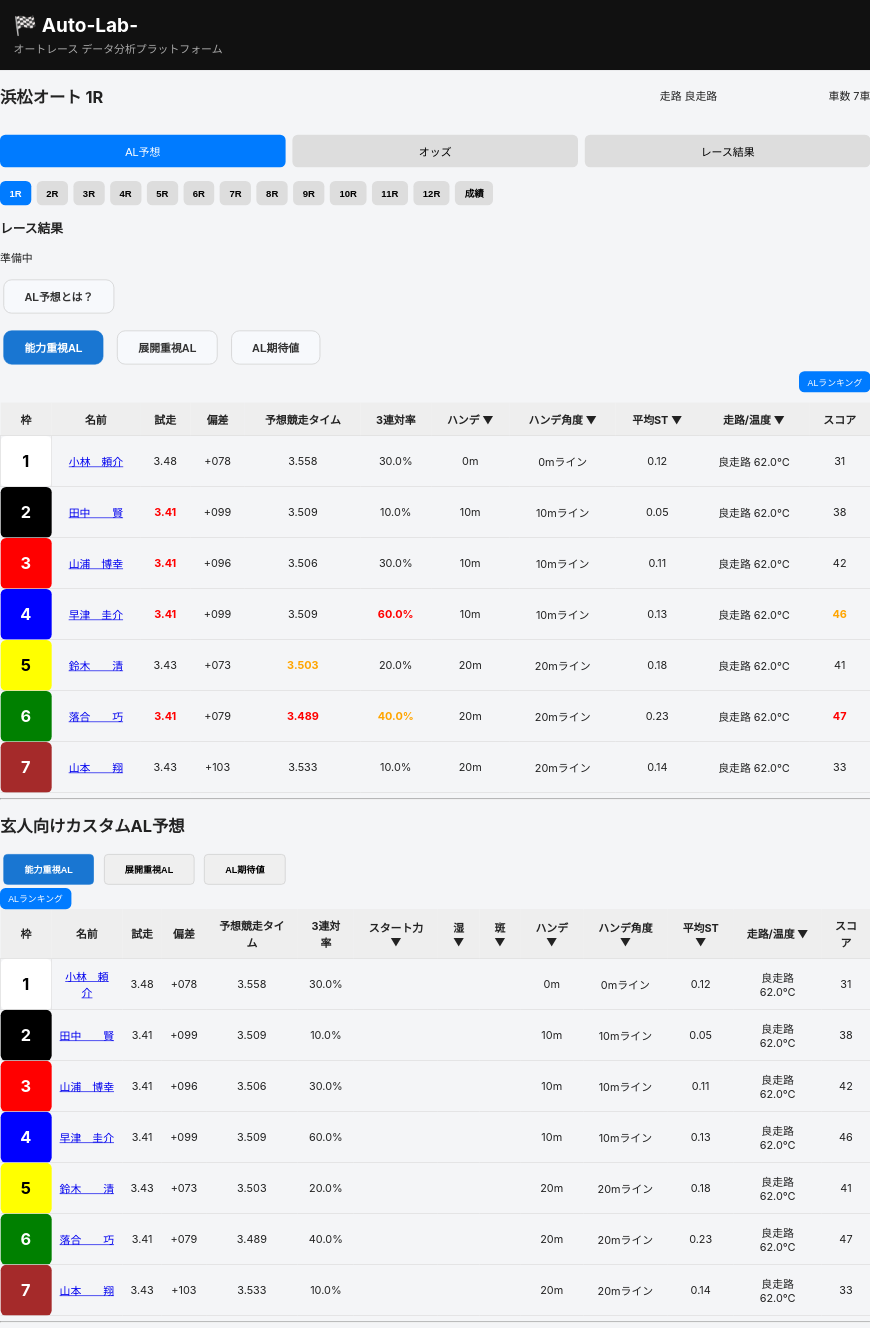
Repository: autorace-lab/Auto-Lab--main
Page: race.html
The author's editor kept a copy of each file at every save. The page is drawn from the files as they stood at one save, then again after the next save.
The browser window is 1280 px wide. The pictures show the whole page, at 68% of full size.

Above is the page before, as saved 2026-08-10 21:59:46.

### race.html
<!DOCTYPE html>
<html lang="ja">

<head>
<meta charset="UTF-8">
<meta name="viewport" content="width=device-width, initial-scale=1.0">

<title>Auto-Lab- | オートレースデータ分析</title>

<link rel="stylesheet" href="style.css">

</head>


<div id="playerModal" class="modal">

<div class="modal-content">

<span class="close" onclick="closePlayer()">×</span>

<h2 id="playerName"></h2>

<p><strong>ランク</strong>　<span id="playerRank"></span></p>

<p><strong>試走平均</strong>　<span id="playerTime"></span></p>

<p><strong>平均ST</strong>　<span id="playerST"></span></p>

<p><strong>試走偏差</strong>　<span id="playerDiff"></span></p>

<p><strong>3連対率</strong>　<span id="playerTripleRate"></span></p>

<p><strong>節間成績</strong></p>

<p id="playerResults"></p>

<p><strong>直近10走</strong></p>

<p id="playerRecent"></p>

<p><strong>車番</strong>　<span id="playerCar"></span>号車</p>

<p><strong>ハンデ</strong>　<span id="playerHandicap"></span></p>

<p><strong>評価</strong>　<span id="playerEvaluation"></span></p>

</div>

</div>


<body>


<header>


<div class="logo">
<a href="index.html">
🏁 Auto-Lab-
</a>
</div>


<div class="subtitle">
オートレース データ分析プラットフォーム
</div>


</header>

<div class="race-info">

<div class="race-header">

<h2 id="raceTitle"></h2>

<p id="raceTitleType"></p>

<p id="raceDay"></p>

<p id="deadline"></p>

<p id="weather"></p>

<p id="track"></p>

<p id="cars"></p>

</div>

<div class="tabs">
  <button class="tab-btn active" onclick="changeTab('al')">AL予想</button>
  <button class="tab-btn" onclick="changeTab('odds')">オッズ</button>
  <button class="tab-btn" onclick="changeTab('result')">レース結果</button>
</div>

<div class="race-tabs">

<button class="race-tab-btn active" onclick="changeRace(1)">1R</button>
<button class="race-tab-btn" onclick="changeRace(2)">2R</button>
<button class="race-tab-btn" onclick="changeRace(3)">3R</button>
<button class="race-tab-btn" onclick="changeRace(4)">4R</button>
<button class="race-tab-btn" onclick="changeRace(5)">5R</button>
<button class="race-tab-btn" onclick="changeRace(6)">6R</button>
<button class="race-tab-btn" onclick="changeRace(7)">7R</button>
<button class="race-tab-btn" onclick="changeRace(8)">8R</button>
<button class="race-tab-btn" onclick="changeRace(9)">9R</button>
<button class="race-tab-btn" onclick="changeRace(10)">10R</button>
<button class="race-tab-btn" onclick="changeRace(11)">11R</button>
<button class="race-tab-btn" onclick="changeRace(12)">12R</button>

<button class="race-tab-btn result-tab-btn" onclick="changeRecent(this)">
成績
</button>

</div>
<div id="race" class="tab-content" style="display:none;">
  <table>
    <thead>
      <tr>
        <th>車</th>
        <th>選手</th>
        <th>ハンデ</th>
        <th>試走</th>
        <th>偏差</th>
        <th>ST</th>
        <th>3連対率</th>
        <th>節間成績</th>
    </thead>
    <tbody id="raceTable"></tbody>
  </table>
</div>
<div id="result" class="tab-content">
  <h3>レース結果</h3>
  <p>準備中</p>
</div>

<div id="recent" class="tab-content" style="display:none;">

<h2>近10走</h2>

<table class="recent-table">

<thead>
<tr>
<th>枠</th>
<th>選手</th>
<th>1走前</th>
<th>2走前</th>
<th>3走前</th>
<th>4走前</th>
<th>5走前</th>
<th>6走前</th>
<th>7走前</th>
<th>8走前</th>
<th>9走前</th>
<th>10走前</th>
</tr>
</thead>

<tbody id="recentTable">

</tbody>

</table>

</div>

<div id="odds" class="tab-content" style="display:none;">
  <h3>オッズ</h3>
  <p>ここにオッズを表示します。</p>
</div>

<div id="al" class="tab-content" style="display:block;">

   <div class="al-tabs">

<button class="al-tab-btn" onclick="toggleAbout(this)">
    AL予想とは？
</button>

</div>



    <!-- AL予想とは -->
    <div id="about" class="al-page" style="display:none;">



<h2>🏁 Auto-Lab予想（AL予想）</h2>

<p>
<strong>
試走タイムを単純評価するのではなく、選手ごとの試走特性を補正した
「予想競走タイム」と、レース条件による「展開ポイント」を組み合わせ、
そのレースにおける選手の期待値を可視化する予想システムです。
</strong>
</p>

<p>
オートレースでは、同じ試走タイムでも選手によって意味が変わります。
試走タイムを出しやすい選手、出にくい選手の特徴を
<strong>試走偏差</strong>によって補正し、
選手本来の状態を評価します。
</p>




<p>
選手自身の能力・現在の状態を重視するAI評価です。
</p>

<p>
<strong>
予想競走タイム 70％ ＋ 展開ポイント 30％
</strong>
</p>

<ul>
<li>試走タイム＋試走偏差による予想競走タイム</li>
<li>平均ST</li>
<li>ハンデ位置補正</li>
<li>走路コンディション</li>
</ul>


<h3>🌊 展開重視AL</h3>

<p>
ハンデ位置や走路条件など、レース展開の有利不利を重視するAI評価です。
</p>

<p>
<strong>
予想競走タイム 30％ ＋ 展開ポイント 70％
</strong>
</p>

<ul>
<li>試走タイム＋試走偏差による予想競走タイム</li>
<li>平均ST</li>
<li>ハンデ位置補正</li>
<li>走路コンディション（良走路・湿走路・走路温度など）</li>
</ul>


<h3>🏆 AL期待値</h3>

<p>
能力重視ALと展開重視ALの両方から、
そのレースで最も期待できる選手を分析します。
</p>

<p>
<strong>
能力 × 展開 ＝ Auto-Lab期待値
</strong>
</p>


</div>

<div class="al-sub-tabs">

<button class="al-tab-btn" onclick="changeALTab('ability', this)">
    能力重視AL
</button>

<button class="al-tab-btn" onclick="changeALTab('development', this)">
    展開重視AL
</button>

<button class="al-tab-btn" onclick="changeALTab('expectationArea', this)">
AL期待値
</button>

</div>


<section class="al-description">

  <div id="ability" class="al-page" style="display:none;">

<div class="al-header">

<div id="handicapAngleArea"></div>

    <button class="rank-btn" id="rankBtn" onclick="toggleAbilityRank()">
    ALランキング
</button>

    </div>

<table>
<thead>
<tr>
<th>枠</th>
<th>名前</th>
<th>試走</th>
<th>偏差</th>
<th>予想競走タイム</th>
<th>3連対率</th>
<th class="handicap-header" onclick="toggleHandicap()">
    ハンデ ▼
</th>
<th class="handicap-angle-header"
onclick="toggleHandicapAngle()">
ハンデ角度 ▼
</th>

<th class="st-header" onclick="toggleST()">
    平均ST ▼
</th>
<th class="temp-header" onclick="toggleTemperature()">
    走路/温度 ▼
</th>
<th>スコア</th>
</tr>
</thead>

<tbody id="abilityTable">
</tbody>

</table>
<div id="handicapAngleArea"></div>
</div>

<div id="development" class="al-page" style="display:none;">
<div class="al-header">


   <button class="rank-btn" id="developmentRankBtn" onclick="toggleDevelopmentRank()">
    ALランキング
</button>

    </div>


<table>
<thead>
<tr>
<th>枠</th>
<th>名前</th>
<th>試走</th>
<th>偏差</th>
<th>予想競走タイム</th>
<th>3連対率</th>
<th class="handicap-header"
    onclick="toggleHandicap()">
    ハンデ ▼
</th>
<th class="handicap-angle-header"
onclick="toggleHandicapAngle()">
ハンデ角度 ▼
</th>

<th class="st-header" onclick="toggleST()">
    平均ST ▼
</th>
<th class="temp-header" onclick="toggleTemperature()">
    走路/温度 ▼
</th>
<th>スコア</th>
</tr>
</thead>

<tbody id="developmentTable">
</tbody>

</table>

</div>

<div id="expectationArea" class="al-page" style="display:none;">

<div class="al-header">

<button class="rank-btn" id="expectationRankBtn" onclick="toggleExpectationRank()">
ALランキング
</button>

</div>
<table>

<thead>
<tr>
<th>枠</th>
<th>名前</th>
<th>能力スコア</th>
<th>展開スコア</th>
<th>AL期待値</th>
</tr>
</thead>

<tbody id="expectationTable">

</tbody>

</table>

</div>

<hr class="custom-divider">

<h2 class="custom-title">
    玄人向けカスタムAL予想
</h2>

<div class="custom-al-sub-tabs">
    <button class="custom-al-tab-btn active"
        onclick="changeCustomALTab('customAbility',this)">
        能力重視AL
    </button>

    <button class="custom-al-tab-btn"
        onclick="changeCustomALTab('customDevelopment',this)">
        展開重視AL
    </button>

    <button class="custom-al-tab-btn"
        onclick="changeCustomALTab('customExpectation',this)">
        AL期待値
    </button>
</div>

<div id="customAbility"
class="custom-al-page"
style="display:block;">


<button class="rank-btn"
id="customAbilityRankBtn"
onclick="toggleCustomAbilityRank()">
    ALランキング
</button>





<table>
<thead>
<tr>
<th>枠</th>
<th>名前</th>
<th>試走</th>
<th>偏差</th>
<th>予想競走タイム</th>
<th>3連対率</th>
<th class="custom-start-header"
    onclick="toggleCustomStart()">
    スタート力 ▼
</th>
<th class="custom-wet-header" onclick="toggleCustomWet()">
    湿 ▼
</th>
<th class="custom-mixed-header" onclick="toggleCustomMixed()">斑 ▼</th>
<th class="custom-handicap-header" onclick="toggleCustomHandicap()">
    ハンデ ▼
</th>

<th class="custom-handicap-angle-header" onclick="toggleCustomHandicapAngle()">
    ハンデ角度 ▼
</th>

<th class="custom-st-header" onclick="toggleCustomST()">
    平均ST ▼
</th>

<th class="custom-temp-header" onclick="toggleCustomTemperature()">
    走路/温度 ▼
</th>

<th>スコア</th>
</thead>

<tbody id="customAbilityTable">
</tbody>

</table>

</div>

<div id="customDevelopment"
class="custom-al-page"
style="display:none;">
  <button class="rank-btn"
id="customDevelopmentRankBtn"
onclick="toggleCustomDevelopmentRank()">
    ALランキング
</button>




<table>
<thead>
<tr>
<th>枠</th>
<th>名前</th>
<th>試走</th>
<th>偏差</th>
<th>予想競走タイム</th>
<th>3連対率</th>
<th class="custom-start-header"
    onclick="toggleCustomStart()">
    スタート力 ▼
</th>
<th class="custom-wet-header" onclick="toggleCustomWet()">
    湿 ▼
</th>
<th class="custom-mixed-header" onclick="toggleCustomMixed()">
    斑 ▼
</th>
<th class="custom-handicap-header"
    onclick="toggleCustomHandicap()">
    ハンデ ▼
</th>

<th class="custom-handicap-angle-header" onclick="toggleCustomHandicapAngle()">
    ハンデ角度 ▼
</th>

<th class="custom-st-header" onclick="toggleCustomST()">
    平均ST ▼
</th>

<th class="custom-temp-header" onclick="toggleCustomTemperature()">
    走路/温度 ▼
</th>

<th>スコア</th>
</tr>
</thead>

<tbody id="customDevelopmentTable">
</tbody>

</table>

</div>

<div id="customExpectation"
class="custom-al-page"
style="display:none;">

<button class="rank-btn"
id="customExpectationRankBtn"
onclick="toggleCustomExpectationRank()">
    ALランキング
</button>


<table>

<thead>
<tr>
<th>枠</th>
<th>名前</th>
<th>能力スコア</th>
<th>展開スコア</th>
<th>AL期待値</th>
</tr>
</thead>

<tbody id="customExpectationTable">

</tbody>

</table>

</div>

<hr class="custom-divider">



    </table>
</div>






<script src="script.js"></script>

</body>

</html>

### style.css
body {
    margin:0;
    font-family:
    -apple-system,
    BlinkMacSystemFont,
    "Helvetica Neue",
    Arial,
    sans-serif;
    background:#f4f5f7;
    color:#222;
}


/* ヘッダー */

header {
    background:#111;
    color:white;
    padding:20px;
}

.logo {
    font-size:28px;
    font-weight:bold;
}

.subtitle {
    color:#aaa;
    margin-top:5px;
}


/* 全体 */

.container {
    max-width:900px;
    margin:auto;
    padding:15px;
}


/* カード */

.card {
    background:white;
    border-radius:14px;
    padding:20px;
    margin-bottom:15px;
    box-shadow:0 3px 10px rgba(0,0,0,0.08);
}


/* レース情報 */

.race-header {
    display:flex;
    justify-content:space-between;
    align-items:center;
}

.badge {
    background:#e60012;
    color:white;
    padding:6px 12px;
    border-radius:20px;
}



/* 表 */

table {
    width:100%;
    border-collapse:collapse;
}


th {
    background:#eee;
}


th,td {
    padding:12px;
    text-align:center;
    border-bottom:1px solid #ddd;
}


/* 車番 */

.car {
    font-size:22px;
    font-weight:bold;
}


/* 評価 */

.rating {
    display:flex;
    gap:10px;
}


.rating div {
    flex:1;
    background:#f5f5f5;
    padding:15px;
    text-align:center;
    border-radius:10px;
}


.star {
    color:#ff9800;
    font-size:22px;
}


/* データ */

.data {
    display:grid;
    grid-template-columns:repeat(3,1fr);
    gap:10px;
}


.data div {
    background:#f5f5f5;
    padding:15px;
    text-align:center;
    border-radius:10px;
}


.number {
    font-size:24px;
    font-weight:bold;
}

  .car {
    width:50px;
    height:50px;
    border-radius:8px;
    color:white;
    font-size:24px;
    font-weight:bold;
}


.car1 {
    background:white;
    color:black;
    border:1px solid #ddd;
}

.car2 {
    background:black;
}

.car3 {
    background:red;
}

.car4 {
    background:blue;
}

.car5 {
    background:yellow;
    color:black;
}

.car6 {
    background:green;
}

.car7 {
    background:brown;
}

.car8 {
    background:purple;
}

/* 試走偏差 */

.plus{
    color:#16a34a;
    font-weight:bold;
    background:#dcfce7;
    padding:4px 8px;
    border-radius:20px;
}

.normal{
    color:#ca8a04;
    font-weight:bold;
    background:#fef9c3;
    padding:4px 8px;
    border-radius:20px;
}

.minus{
    color:#dc2626;
    font-weight:bold;
    background:#fee2e2;
    padding:4px 8px;
    border-radius:20px;
}

/* モーダル */

.modal{

display:none;

position:fixed;

left:0;
top:0;

width:100%;
height:100%;

background:rgba(0,0,0,.6);

}

.modal-content{

background:white;

width:420px;

margin:80px auto;

padding:25px;

border-radius:12px;

position:relative;

}


.close{

position:absolute;

right:15px;

top:10px;

font-size:30px;

cursor:pointer;

}

.tabs {
    display: flex;
    gap: 10px;
    margin: 20px 0;
}

.tab-btn {
    flex: 1;
    padding: 12px;
    border: none;
    background: #ddd;
    cursor: pointer;
    font-size: 16px;
    border-radius: 8px;
    transition: 0.3s;
}

.tab-btn:hover {
    background: #bbb;
}

.tab-btn.active {
    background: #007bff;
    color: white;
}

.tab-content {
    margin-top: 15px;
}

.race-card {
    background: white;
    border-radius: 12px;
    padding: 20px;
    margin: 20px 0;
    box-shadow: 0 4px 12px rgba(0,0,0,0.1);
}

.race-card h3 {
    margin-top: 0;
    font-size: 24px;
}

.race-card button {
    width: 100%;
    padding: 12px;
    border: none;
    border-radius: 8px;
    background: #0066ff;
    color: white;
    font-size: 16px;
    cursor: pointer;
}
.race-card h3 span {
    float: right;
    font-size: 14px;
    font-weight: normal;
}

.race-list {
    display: grid;
    grid-template-columns: 1fr 1fr;
    gap: 15px;
}

.logo a {
    text-decoration: none;
    color: inherit;
}

.best-score {
    color:red !important;
    font-weight:bold;
}

.second-score {
    color:orange !important;
    font-weight:bold;
}

.al-header {
    display: flex;
    justify-content: flex-end;
    align-items: center;
    margin-bottom: 15px;
}

.rank-btn{
    padding:6px 12px;
    border:none;
    border-radius:8px;
    background:#007bff;
    color:white;
    cursor:pointer;
    font-size:13px;
}

.rank-btn:hover{
    opacity:.9;
}

/* AL予想とは？タブ */
.al-tabs {
    margin-bottom: 15px;
}


/* 能力・展開タブ */
.al-sub-tabs {
    display: flex;
    gap: 10px;
    margin: 5px 0;
}


/* ALタブ共通 */
.al-tab-btn {
    padding: 12px 30px;
    margin: 5px;
    border: 1px solid #ccc;
    border-radius: 12px;
    background: #f7f9fc;
    color: #333;
    font-size: 16px;
    font-weight: bold;
    cursor: pointer;
    transition: 0.2s;
}

.custom-al-tab-btn:hover {
    background: rgb(227, 242, 253);
}

.custom-al-tab-btn {
    padding: 12px 30px;
    margin: 5px;
    border: 1px solid #ccc;
    border-radius: 6px;
    font-weight: bold;
    cursor: pointer;
    transition: 0.2s;
}




/* マウスを乗せた時 */
.al-tab-btn:hover {
    background: #e3f2fd;
}


/* 選択中 */
.al-tab-btn.active {
    background: #1976d2;
    color: white;
    border-color: #1976d2;
}

.custom-al-tab-btn.active {
    background: rgb(25, 118, 210);
    color: white;
    border-color: rgb(25, 118, 210);
}

.al-page {
    margin-top: 5px;
}

.buff-plus {
    color: red !important;
}

.buff-minus {
    color: blue !important;
}

.race-tab-btn {
    padding:8px 14px;
    border:none;
    border-radius:8px;
    background:#ddd;
    cursor:pointer;
    font-weight:bold;
}


.race-tab-btn.active {
    background:#007bff;
    color:white;
}

.race-tabs {
    display:flex;
    gap:8px;
    margin:15px 0;
    flex-wrap:wrap;
}


.race-tab-btn {
    padding:8px 14px;
    border:none;
    border-radius:8px;
    background:#ddd;
    cursor:pointer;
    font-size:14px;
    font-weight:bold;
}


.race-tab-btn.active {
    background:#007bff;
    color:white;
}

.custom-score-menu {
    position: absolute;
    background: white;
    border: 1px solid #ccc;
    box-shadow: 0 2px 8px rgba(0,0,0,0.15);
    z-index: 9999;
}

.custom-score-menu div {
    padding: 6px 14px;
    cursor: pointer;
    text-align: center;
}

.custom-score-menu div:hover {
    background: #eee;
}

.custom-select-cell {
    cursor: pointer;
}

Loaded but not shown: script.js (2952 lines, source omitted); hamamatsu1_recent.html (11109 lines, source omitted); hamamatsu1_new.html (3905 lines, source omitted)

After the next save:
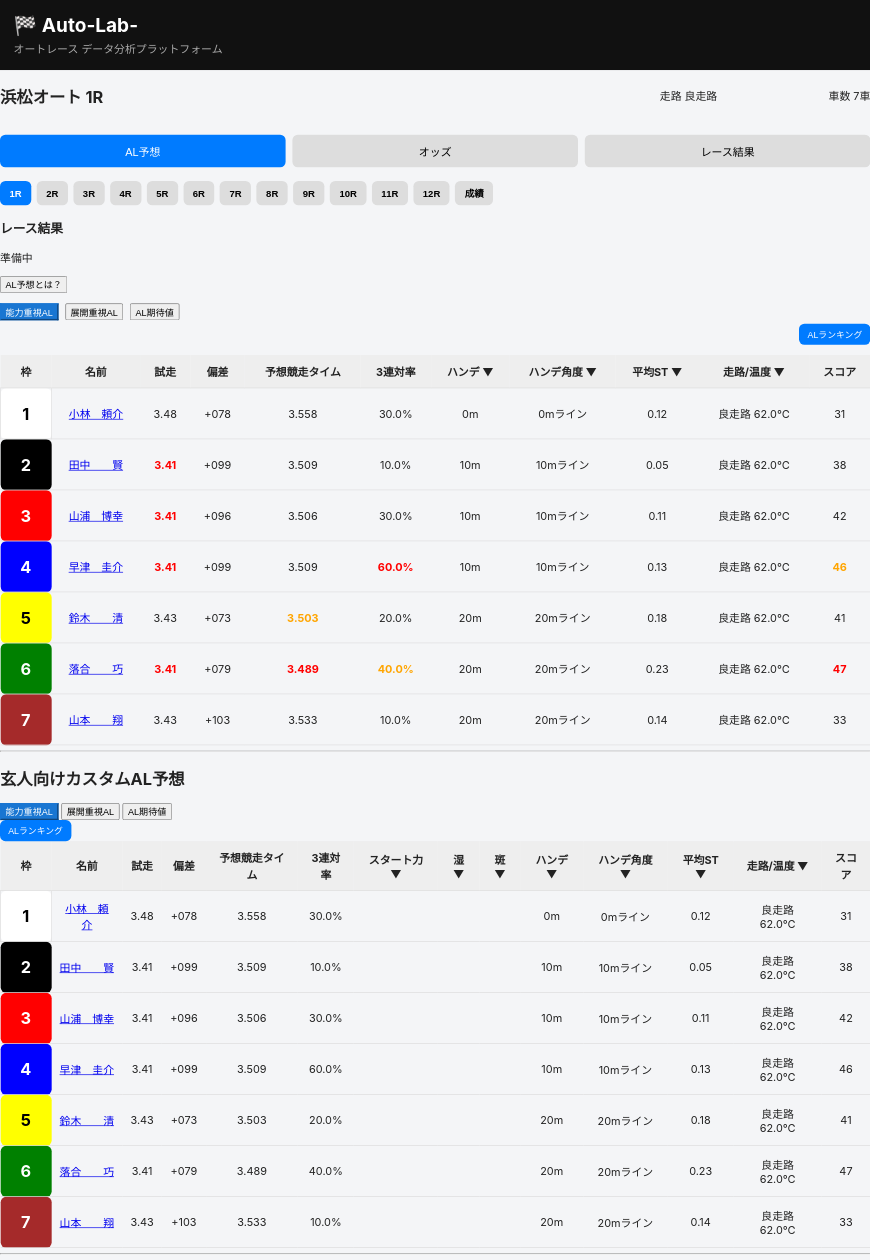
Saved 35 s later.
--- a/style.css
+++ b/style.css
@@ -376,33 +376,9 @@ cursor:pointer;
 
 
 /* ALタブ共通 */
-.al-tab-btn {
-    padding: 12px 30px;
-    margin: 5px;
-    border: 1px solid #ccc;
-    border-radius: 12px;
-    background: #f7f9fc;
-    color: #333;
-    font-size: 16px;
-    font-weight: bold;
-    cursor: pointer;
-    transition: 0.2s;
-}
-
 .custom-al-tab-btn:hover {
     background: rgb(227, 242, 253);
 }
-
-.custom-al-tab-btn {
-    padding: 12px 30px;
-    margin: 5px;
-    border: 1px solid #ccc;
-    border-radius: 6px;
-    font-weight: bold;
-    cursor: pointer;
-    transition: 0.2s;
-}
-
 
 
 
